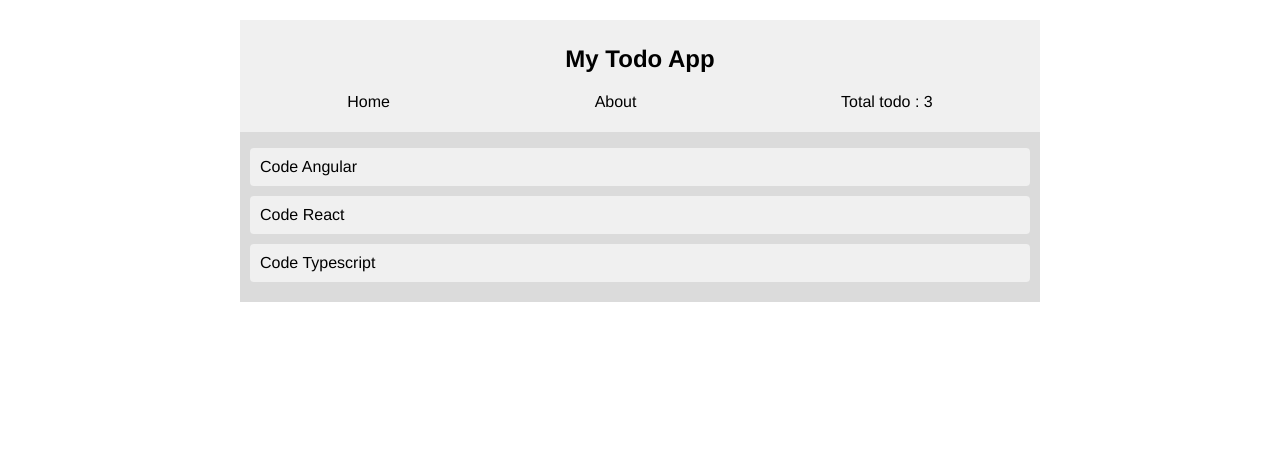
Repository: DTien93/Todo-Typescript
Page: / (app in my-app/)
The author's editor kept a copy of each file at every save. The page is drawn from the files as they stood at one save, then again after the next save.
The browser window is 1280 px wide. The pictures show the whole page.
The project was rebuilt for these pictures with package versions that can differ from the ones it lists, and the page was loaded fresh each time. Imported but missing from the stored project, and not drawn on this page: my-app/src/serviceWorker.

Above is the page before, as saved 2021-10-16 18:28:42.

After the next save:
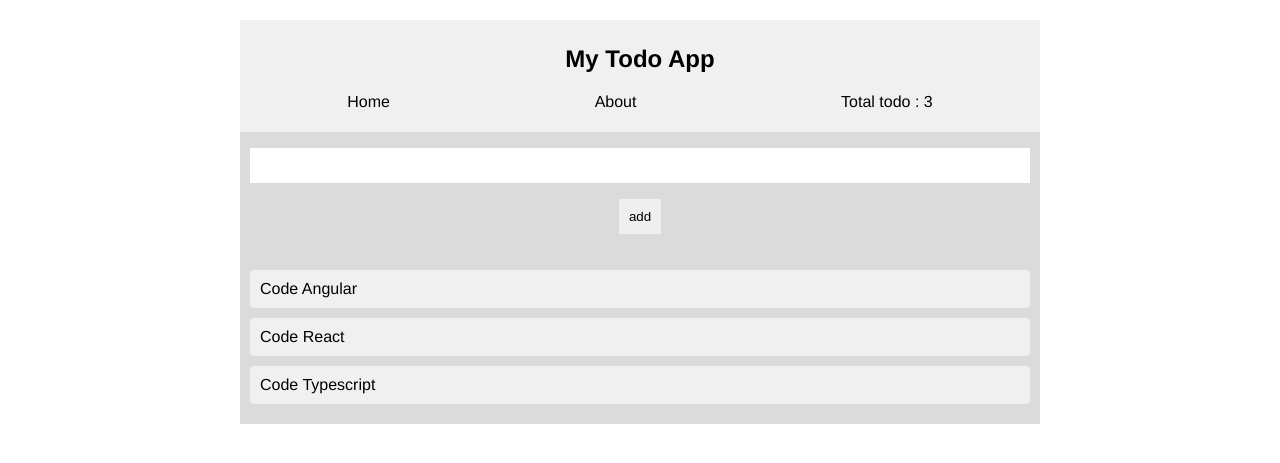
Saved 15 s later.
--- a/my-app/src/components/Todos.tsx
+++ b/my-app/src/components/Todos.tsx
@@ -1,11 +1,13 @@
 import React  from 'react'
 import { useSelector } from 'react-redux'
 import { todosSelector } from '../store/reducers/TodoSlice'
+import TodoForm from './TodoForm'
 
 const Todos = () => {
     const todos = useSelector(todosSelector)
     return (
         <div className='todo-list'>
+            <TodoForm/>
             <ul>
             {
                 todos.map((todo: { title: string }) => (
